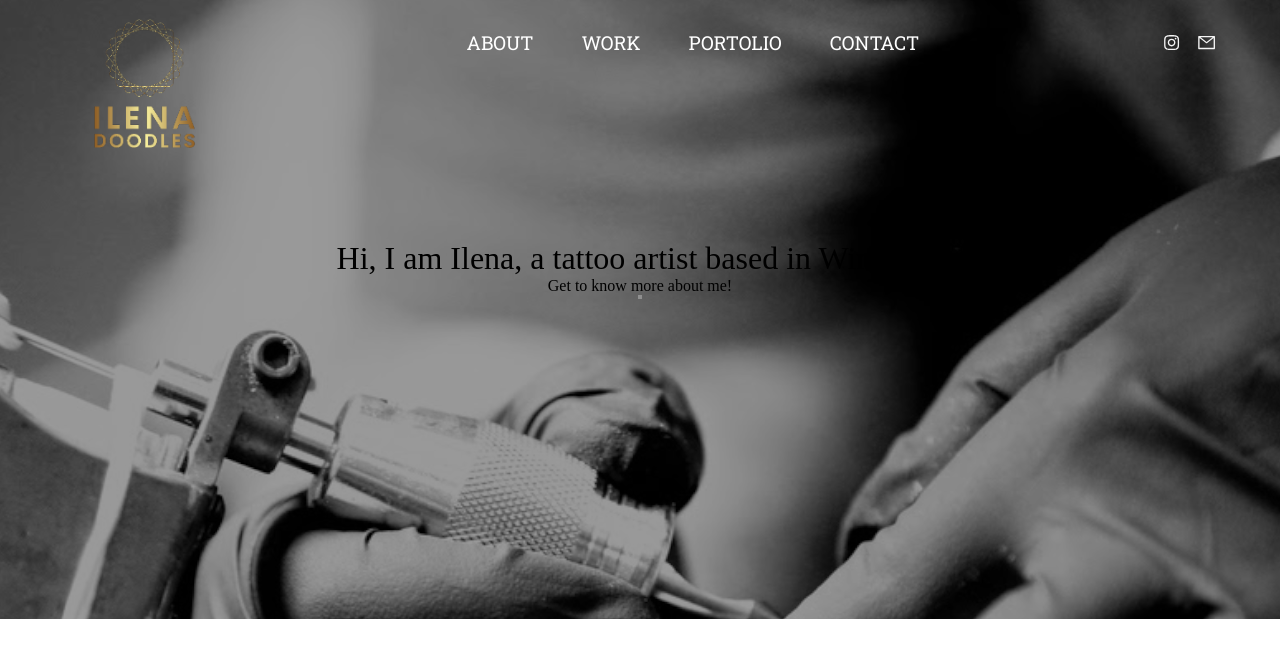
Repository: Leoka2000/Ilena
Page: /
The author's editor kept a copy of each file at every save. The page is drawn from the files as they stood at one save, then again after the next save.
The browser window is 1280 px wide. The pictures show the whole page.
Some web fonts or font styles are not loaded; a fallback is used. The project was rebuilt for these pictures with package versions that can differ from the ones it lists, and the page was loaded fresh each time. Also part of the build but not shown: src/App.css.

Above is the page before, as saved 2023-03-02 10:46:43.

### public/index.html
<!DOCTYPE html>
<html lang="en">
  <head>
    <meta charset="utf-8" />
    <link rel="icon" href="%PUBLIC_URL%/favicon.ico" />
    <meta name="viewport" content="width=device-width, initial-scale=1" />
    <meta name="theme-color" content="#000000" />
    <meta
      name="description"
      content="Web site created using create-react-app"
    />
    <link rel="apple-touch-icon" href="%PUBLIC_URL%/logo192.png" />
    <!--
      manifest.json provides metadata used when your web app is installed on a
      user's mobile device or desktop. See https://developers.google.com/web/fundamentals/web-app-manifest/
    -->

    <!-- Gloock -->
    <link rel="preconnect" href="https://fonts.googleapis.com">
<link rel="preconnect" href="https://fonts.gstatic.com" crossorigin>
<link href="https://fonts.googleapis.com/css2?family=Fira+Sans+Extra+Condensed:wght@300&family=Inter:wght@300;400;500;600;700&family=Roboto+Condensed:wght@300&family=Roboto+Slab:wght@400;500;600&display=swap" rel="stylesheet">
    <!-- Gloock -->
    <!-- FONT MULISH -->
    <link rel="preconnect" href="https://fonts.googleapis.com">
<link rel="preconnect" href="https://fonts.gstatic.com" crossorigin>
<link href="https://fonts.googleapis.com/css2?family=Fira+Sans+Extra+Condensed:wght@300&family=Inter:wght@300;400;500;600;700&family=Roboto+Condensed:wght@300&family=Roboto+Slab:wght@400;500;600&display=swap" rel="stylesheet">
    <!-- FONT MULISH -->
    <link rel="manifest" href="%PUBLIC_URL%/manifest.json" />
    <!--
      Notice the use of %PUBLIC_URL% in the tags above.
      It will be replaced with the URL of the `public` folder during the build.
      Only files inside the `public` folder can be referenced from the HTML.

      Unlike "/favicon.ico" or "favicon.ico", "%PUBLIC_URL%/favicon.ico" will
      work correctly both with client-side routing and a non-root public URL.
      Learn how to configure a non-root public URL by running `npm run build`.
    -->
    <title>React App</title>
  </head>
  <body>
    <noscript>You need to enable JavaScript to run this app.</noscript>
    <div id="root"></div>
    <!--
      This HTML file is a template.
      If you open it directly in the browser, you will see an empty page.

      You can add webfonts, meta tags, or analytics to this file.
      The build step will place the bundled scripts into the <body> tag.

      To begin the development, run `npm start` or `yarn start`.
      To create a production bundle, use `npm run build` or `yarn build`.
    -->
  </body>
</html>

### src/App.js
import Home from './pages/home/home'
import './App.css';
import Navbar from './components/navbar';

function App() {
  return (
    <>
      <Navbar/>
    <Home/>
    </>
  );
}

export default App;

### src/pages/home/home.js
import React from 'react'
import Hero from '../hero/hero'


const home = () => {
  return (
    <>
      <Hero/>
    </>
  )
}

export default home

### src/components/navbar.jsx
import React, { useRef, useState } from 'react'
import './navbar.css'
import { AiOutlineInstagram } from 'react-icons/ai'
import { AiOutlineMail } from 'react-icons/ai'
import Logo from '../assets/brand/logo.png'
import { FaBars } from 'react-icons/fa'
import { FaTimes } from 'react-icons/fa'
import { Link } from 'react-scroll'

const Navbar = () => {
  const navRef = useRef();

  const showNavbar = () => {
    navRef.current.classList.toggle("responsive_nav");
  };

  return (
    <div className='navbar-renderer'>
      <nav ref={navRef}>
        <img src={Logo} />
        <ul>
          <li><Link onClick={showNavbar} spy={true} smooth={true} offset={100} duration={500}>ABOUT</Link></li>
          <li><Link onClick={showNavbar} spy={true} smooth={true} offset={100} duration={500}>WORK</Link></li>
          <li><Link onClick={showNavbar} spy={true} smooth={true} offset={100} duration={500}>PORTOLIO</Link></li>
          <li><Link onClick={showNavbar} spy={true} smooth={true} offset={100} duration={500}>CONTACT</Link></li>
        </ul>
        <div className='navbar-icons-wrapper'>
          <a><AiOutlineInstagram /></a>
          <a><AiOutlineMail /></a>
        </div>
        <button
          className="close"
          onClick={showNavbar}>
          <FaTimes />
        </button>
      </nav>

      <button onClick={showNavbar} className='bars-button'>
        <FaBars className='bars' />
      </button>
    </div>
  )
}

export default Navbar

### src/pages/hero/hero.js
import React from 'react'
import './hero.css'

const hero = () => {
  return (
    <section className='hero-section'>
      <h1>Hi, I am Ilena, a tattoo artist based in Winnipeg</h1>
      <p>Get to know more about me!</p>
      <button></button>
    </section>
  )
}

export default hero

### src/components/navbar.css
.navbar-renderer {
    display: flex;
    justify-content: center;
    position: fixed;
    width: 100%;
    z-index: 1;
}
nav {
    display: flex;
    height: 85px;
background-color: transparent;
justify-content: space-between;
align-items: center;
width: 90%;
font-family: 'Fira Sans Extra Condensed', sans-serif;
font-family: 'Inter', sans-serif;
font-family: 'Roboto Condensed', sans-serif;
font-family: 'Roboto Slab', serif;

}
nav > img {
width: 10rem;
height: 10rem;
margin-top: 5rem;
}

nav > ul {
    display: flex;
    gap: 3rem;
    font-size: 1.2rem;
    color: white;
}
nav > ul > li:hover {
    color: rgb(133, 113, 0);
}
nav > ul > li {
   list-style: none;
   cursor: pointer;
   transition: 0.5s;

}
.navbar-icons-wrapper {
    display: flex;
    color: whitesmoke;
    font-size: 1.2rem;
    gap: 1rem;

}
.navbar-icons-wrapper > a > svg {
    transition: 0.4s;
}
.navbar-icons-wrapper > a > svg:hover {
    cursor: pointer;
    color: rgb(133, 113, 0);
}
.bars-button {
    position: fixed;
    right: 10rem;
    font-size: 2rem;
    background-color: transparent;
    outline: none;
    border: none;
    cursor: pointer;
    display: none;
}
.close {
    display: none;
}
@media only screen and (max-width: 1024px) {
    .bars-button {
        position: fixed;
        right: 1.5em;
        top: 1.5rem;
        font-size: 2rem;
        background-color: transparent;
        outline: none;
        border: none;
        cursor: pointer;
        display: flex;
    }
    .close {
        position: absolute;
		top: 1.5rem;
		right: 1.5rem;
        color: rgb(0, 0, 0);
        background: transparent;
	border: none;
	outline: none;
    display: flex;
    font-size: 1.7rem;
    cursor: pointer;
     }
    .responsive_nav{
		transform: none;
        display: flex;
        justify-content: flex-start;
		width: 100%;


	}
	nav {
        position: fixed;
		top: 0rem;
		left: 0rem;
		height: 100%;
		width: 100%;
		display: flex;
		flex-direction: column;
		align-items: center;
		justify-content: flex-start;
		gap: 2rem;
        text-align: center;
		padding-top: 5rem;
		transition: 0.8s;
		transform: translateY(-200vh);
        color: #677294;
		/* IMPORTANTE */
		background-color: rgb(206, 206, 206);
        z-index: 50;
	/* aqui que a magica acontece, esse é mt importante */
	}
}

### src/pages/hero/hero.css
.hero-section {
    padding: 15rem 0 20rem 0;
    background-image: url('../../assets/brand/hero-img.png');
    object-fit: contain;
    background-position: top;
    background-attachment: scroll;
  filter: brightness(0.6);
  z-index: -1;
  display: flex;
  justify-content: center;
  flex-direction: column;
  align-items: center;
  text-align: center;
}
.hero-section > h1 {
font-family: 'Gloock', serif;
font-size: 2rem;
width: 60%;
}
.hero-section > p {

}

Loaded but not shown: src/index.js (common file); src/index.css (common file)

After the next save:
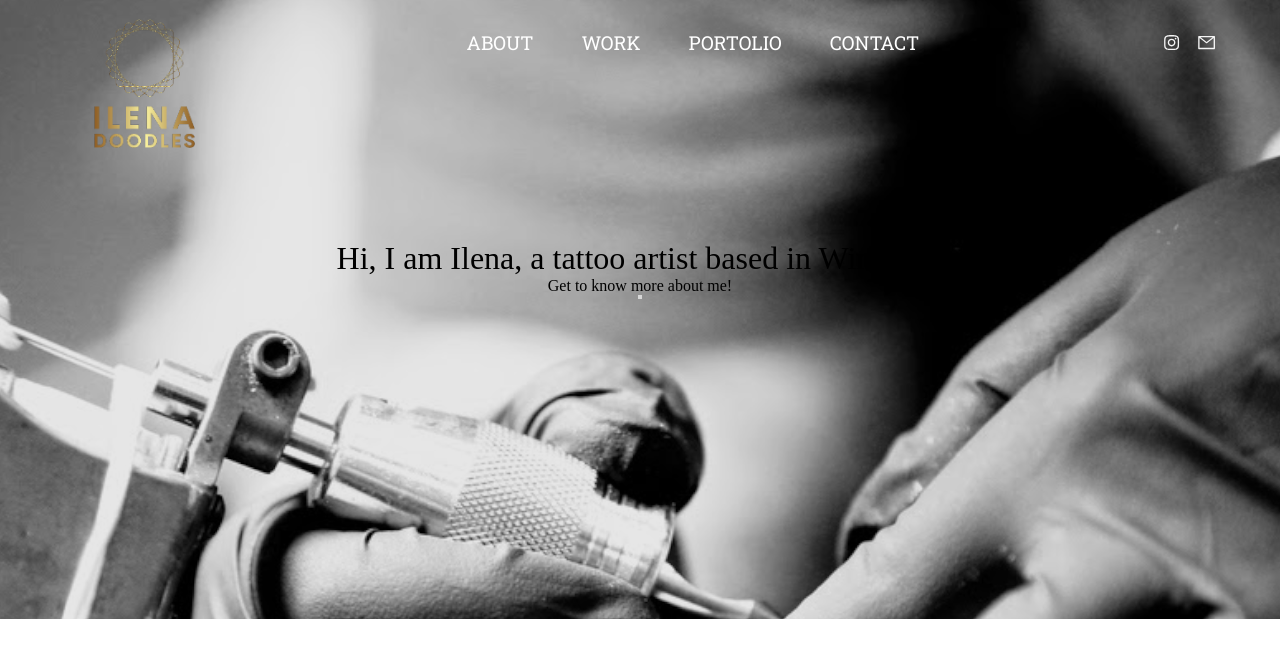
Saved 4 s later.
--- a/src/pages/hero/hero.css
+++ b/src/pages/hero/hero.css
@@ -4,7 +4,7 @@
     object-fit: contain;
     background-position: top;
     background-attachment: scroll;
-  filter: brightness(0.6);
+  filter: brightness(0.9);
   z-index: -1;
   display: flex;
   justify-content: center;

After the save that followed:
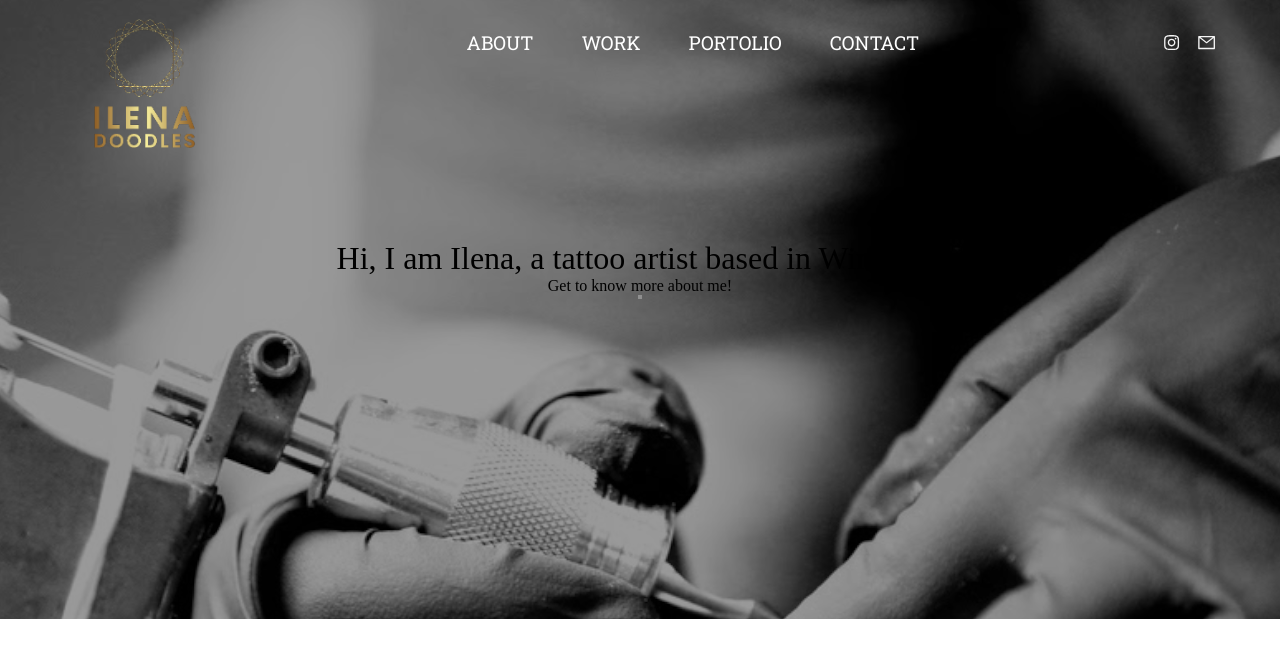
Saved 6 s later.
--- a/src/pages/hero/hero.css
+++ b/src/pages/hero/hero.css
@@ -4,7 +4,7 @@
     object-fit: contain;
     background-position: top;
     background-attachment: scroll;
-  filter: brightness(0.9);
+  filter: brightness(0.6);
   z-index: -1;
   display: flex;
   justify-content: center;
